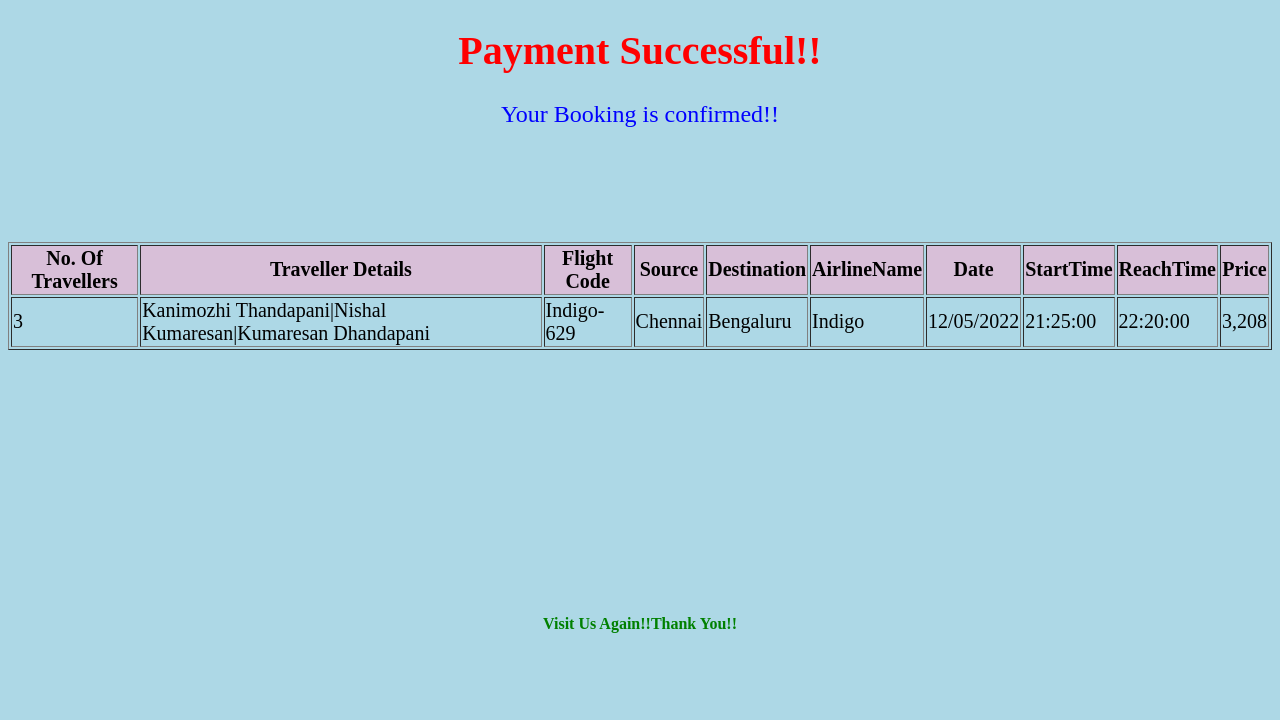
Repository: KanimozhiThandapani/Phase2AirlineBookingProject
Page: http://localhost/AirlineBooking/paymentPage.jsp
These files come from the project's save history. The page is drawn as it stood at one moment and after the next save; the edit follows.
The browser window is 1280 px wide. The pictures show the whole page.
The page is served by Tomcat 9. Other server files are loaded and not shown.

Above is the page before, as saved 2022-04-26 10:40:32.

### AirlineBooking/WebContent/paymentPage.jsp
<%@ page language="java" contentType="text/html; charset=ISO-8859-1"
    pageEncoding="ISO-8859-1"%>
<!DOCTYPE html>
<html lang="en">
<head>
<style>
  h1 {
  text-align: center;
  font-size: 2.5em;
  color: red;
}
h2 {
  text-align: center;
  font-size: 1em;
  color: green;
}
p {
  text-align: center;
  font-size: 1.5em;
  color: blue;
}

th, td {
    font-size: 20px;
  }

</style>
</head>
<body style="background-color:lightblue;">
<h1>Payment Successful!!</h1>
<p>Your Booking is confirmed!!</p>

<div align="center">

   <br> <br> <br> <br> <br>
   <table align="center" border="1">
   <tr bgcolor="thistle" >
          <th><b>No. Of Travellers</b></th>
          <th><b>Traveller Details</b></th>
          <th><b>Flight Code</b></th>
          <th><b>Source</b></th>
          <th><b>Destination</b></th>
          <th><b>AirlineName</b></th>
          <th><b>Date</b></th>
          <th><b>StartTime</b></th>
          <th><b>ReachTime</b></th>
          <th><b>Price</b></th>
    </tr>

   <tr>
                    <td>3</td>
                    <td>Kanimozhi Thandapani|Nishal Kumaresan|Kumaresan Dhandapani</td>
                    <td>Indigo-629</td>
					<td>Chennai</td>
					<td>Bengaluru</td>
					<td>Indigo</td>
					<td>12/05/2022</td>
					<td>21:25:00</td>
					<td>22:20:00</td>
					<td>3,208</td>
	</tr>

	</table>
	             <br> <br> <br> <br> <br> <br> <br> <br><br> <br><br> <br><br> <br>
			<h2>Visit Us Again!!Thank You!!</h2>


   </div>

</body>
</html>

After the next save:
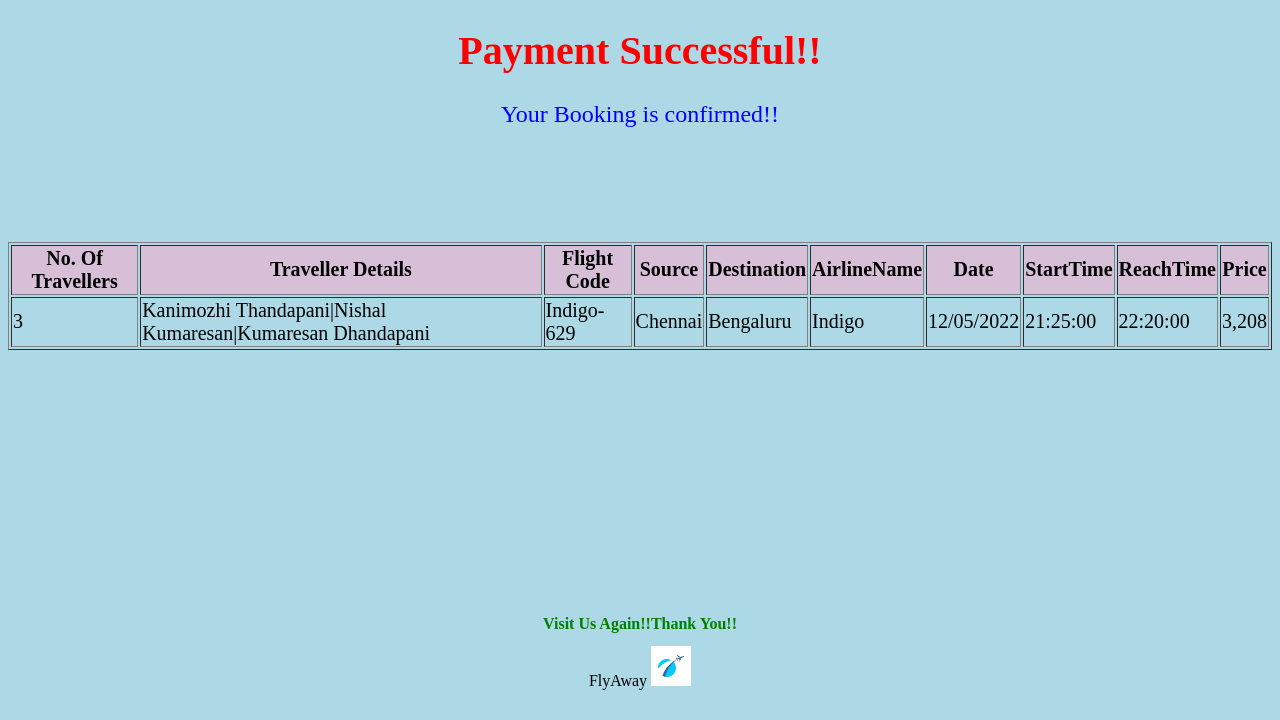
Saved 2 min 59 s later.
--- a/AirlineBooking/WebContent/paymentPage.jsp
+++ b/AirlineBooking/WebContent/paymentPage.jsp
@@ -63,6 +63,8 @@ th, td {
 	</table>
 	             <br> <br> <br> <br> <br> <br> <br> <br><br> <br><br> <br><br> <br>
 			<h2>Visit Us Again!!Thank You!!</h2>
+			<h>FlyAway</h>
+   <img src="airline.jpg" alt="Lamp" width="40" height="40">
 
 
    </div>
